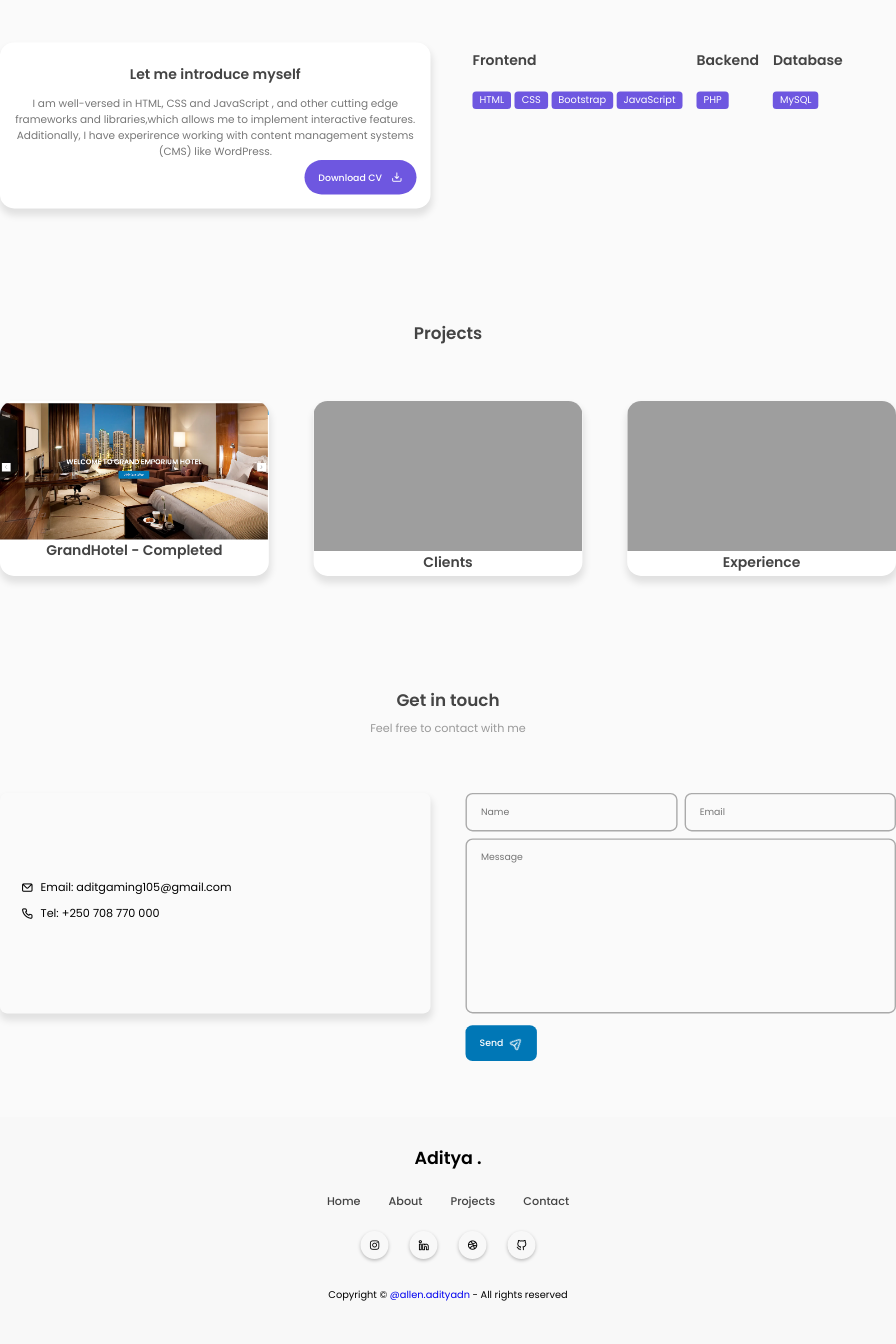
Repository: 4Kbrain/Portofolio
Page: index.html
An editor plug-in stored every save of this project. The page is shown before and after the next save, followed by the edit.
The browser window is 1280 px wide. The pictures show the part of the page from y = 854 to 2774 px (the page is 2774 px tall), at 70% of full size.
Pictures or frames that could not be fetched are drawn as grey boxes.

Above is the page before, as saved 2024-05-15 16:37:35.
Console error: ReferenceError: ScrollReveal is not defined

### index.html
<!DOCTYPE html>
<html lang="en">

<head>
    <meta charset="UTF-8">
    <meta name="viewport" content="width=device-width, initial-scale=1.0">
    <link rel="stylesheet" href="https://unicons.iconscout.com/release/v4.0.8/css/line.css">
    <link rel="stylesheet" href="assets/css/style.css">
    <link rel="shortcut icon" href="assets/img/favicon.png" type="image/x-icon">

    <title>Portfolio | Aditya</title>
</head>

<body>

    <div class="container">
        <!-- header -->
        <nav id="header">
            <div class="nav-logo">
                <a href="#home">
                    <p class="nav-name">Aditya</p>
                    <span>.</span>
                </a>
            </div>
            <div class="nav-menu" id="myNavMenu">
                <ul class="nav_menu_list">
                    <li class="nav_list">
                        <a href="#home" class="nav-link active-link">Home</a>
                        <div class="circle"></div>
                    </li>
                    <li class="nav_list">
                        <a href="#about" class="nav-link">About</a>
                        <div class="circle"></div>
                    </li>
                    <li class="nav_list">
                        <a href="#projects" class="nav-link">Projects</a>
                        <div class="circle"></div>
                    </li>
                    <li class="nav_list">
                        <a href="#contact" class="nav-link">Contact</a>
                        <div class="circle"></div>
                    </li>
                </ul>
            </div>
            <div class="nav-button">
                <a id="downloadCVButton" href="assets/CV/Aditya%20CV.pdf" download="CV.pdf" class="btn">Download CV <i
                        class="uil uil-file-alt"></i></a>
            </div>
            <div class="nav-menu-btn">
                <i class="uil uil-bars" onclick="myMenuFunction()"></i>
            </div>
        </nav>

        <!-- -------------- MAIN ---------------- -->
        <main class="wrapper">
            <!-- -------------- FEATURED BOX ---------------- -->
            <section class="featured-box" id="home">
                <div class="featured-text">
                    <div class="featured-text-card">
                        <span>Aditya Dwi Nugroho</span>
                    </div>
                    <div class="featured-name">
                        <p>I'm <span class="typedText"></span></p>
                    </div>
                    <div class="featured-text-info">
                        <p>Experienced frontend developer with a passion for creating visually stunning
                            and user-friendly websites.
                        </p>
                    </div>
                    <div class="featured-text-btn">
                        <button class="btn blue-btn">Contact Me</button>
                        <a id="downloadCVButton" href="assets/CV/Aditya%20CV.pdf" download="CV.pdf" class="btn">Download CV <i class="uil uil-file-alt"></i></a>

                    </div>
                    <div class="social_icons">
                        <div class="icon"><a href="https://www.instagram.com/allen.adityadn/"><i class="uil uil-instagram"></i></a></div>
                        <div class="icon"><a href="https://wa.me/0895339926715"><i class="uil uil-whatsapp"></i></a></div>
                        <div class="icon"><a href="https://github.com/4Kbrain"><i class="uil uil-github-alt"></i></a></div>

                    </div>
                </div>
                <div class="featured-image">
                    <div class="image">
                        <img src="assets/img/avatar.png" alt="avatar">
                    </div>
                </div>
                <!-- <div c
         -->
    </div>

    </section>
    <!-- -------------- ABOUT BOX ---------------- -->
    <section class="section" id="about">
        <div class="top-header">
            <h1>About Me</h1>
        </div>
        <div class="row">
            <div class="col">
                <div class="about-info">
                    <h3>Let me introduce myself</h3>
                    <p>I am well-versed in HTML, CSS and JavaScript , and other cutting edge
                        frameworks and libraries,which allows me to implement interactive features.
                        Additionally, I have experirence working with content management systems (CMS) like
                        WordPress.
                    </p>
                    <div class="about-btn">
                        <a href="assets/CV/Aditya%20CV.pdf" download>
                            <button class="btn">Download CV <i class="uil uil-import"></i></button>
                          </a>

                    </div>
                </div>
            </div>
            <div class="col">
                <div class="skills-box">
                    <div class="skills-header">
                        <h3>Frontend</h3>
                    </div>
                    <div class="skills-list">
                        <span>HTML</span>
                        <span>CSS</span>
                        <span>Bootstrap</span>
                        <span>JavaScript</span>
                    </div>
                </div>
                <div class="skills-box">
                    <div class="skills-header">
                        <h3>Backend</h3>
                    </div>
                    <div class="skills-list">
                        <span>PHP</span>
                    </div>
                </div>
                <div class="skills-box">
                    <div class="skills-header">
                        <h3>Database</h3>
                    </div>
                    <div class="skills-list">
                        <span>MySQL</span>
                    </div>
                </div>
            </div>
        </div>
    </section>

    <!-- -------------- PROJECT BOX ---------------- -->

    <section class="section" id="projects">
        <div class="top-header">
            <h1>Projects</h1>
        </div>
        <div class="project-container">
            <div class="project-box">
                <img src="assets/img/GrandHotel.png" alt="Grand Hotel Project" class="project-image">
                <h3>GrandHotel - Completed</h3>
                <label class="clear">A</label>
            </div>
            <div class="project-box">
                <img src="path/to/your/image2.jpg" alt="Project Image 2" class="project-image">
                <h3>Clients</h3>
                <label>25+ Happy Clients</label>
            </div>
            <div class="project-box">
                <img src="path/to/your/image3.jpg" alt="Project Image 3" class="project-image">
                <h3>Experience</h3>
                <label>7+ Years in the field</label>
            </div>
        </div>
    </section>



  <!-- Contact me  -->

    <section class="section" id="contact">
        <div class="top-header">
            <h1>Get in touch</h1>
            <span>Feel free to contact with me</span>
        </div>
        <div class="row">
            <div class="col">
                <div class="contact-info">
                    <p><i class="uil uil-envelope"></i> Email: aditgaming105@gmail.com</p>
                    <p><i class="uil uil-phone"></i> Tel: +250 708 770 000</p>
                    <p><i class="uil uil-location"></i></p>
                </div>
            </div>
            <div class="col">
                <div class="form-control">
                    <div class="form-inputs">
                        <input type="text" class="input-field" placeholder="Name">
                        <input type="text" class="input-field" placeholder="Email">
                    </div>
                    <div class="text-area">
                        <textarea placeholder="Message"></textarea>
                    </div>
                    <div class="form-button">
                        <button class="btn">Send <i class="uil uil-message"></i></button>
                    </div>
                </div>
            </div>
        </div>
    </section>

    </main>

    <!-- Footer -->
    <footer>
        <div class="top-footer">
            <p>Aditya .</p>
        </div>
        <div class="middle-footer">
            <ul class="footer-menu">
                <li class="footer_menu_list">
                    <a href="#home">Home</a>
                </li>
                <li class="footer_menu_list">
                    <a href="#about">About</a>
                </li>
                <li class="footer_menu_list">
                    <a href="#projects">Projects</a>
                </li>
                <li class="footer_menu_list">
                    <a href="#contact">Contact</a>
                </li>
            </ul>
        </div>
        <div class="footer-social-icons">
            <div class="icon"><i class="uil uil-instagram"></i></div>
            <div class="icon"><i class="uil uil-linkedin-alt"></i></div>
            <div class="icon"><i class="uil uil-dribbble"></i></div>
            <div class="icon"><i class="uil uil-github-alt"></i></div>
        </div>
        <div class="bottom-footer">
            <p>Copyright &copy; <a href="https://www.instagram.com/allen.adityadn/" style="text-decoration: none;">@allen.adityadn</a> - All rights reserved</p>
        </div>
    </footer>

    </div>

    <script src="https://unpkg.com/typed.js@2.0.16/dist/typed.umd.js"></script>
    <script src="assets/js/script.js"></script>
</body>

</html>

### assets/css/style.css
@import url('https://fonts.googleapis.com/css2?family=Poppins:wght@400;500;600;700&display=swap');

:root{
    --body-color: rgb(250, 250, 250);
    --color-white: rgb(255, 255, 255);

    --text-color-second: rgb(68, 68, 68);
    --text-color-third: rgb(30, 159, 171);

    --first-color: rgb(110, 87, 224);
    --first-color-hover: rgb(40, 91, 212);

    --second-color: #0077b6;
    --third-color: rgb(192, 166, 49);
    --first-shadow-color: rgba(0, 0, 0, 0.1);

}

*{
    margin: 0;
    padding: 0;
    box-sizing: border-box;
    font-family: 'Poppins', sans-serif;
}


* a {
    text-decoration: none;
}

html{
    scroll-behavior: smooth;
}

::-webkit-scrollbar{
    width: 10px;
    border-radius: 25px;
}
::-webkit-scrollbar-track{
    background: #f1f1f1;
}
::-webkit-scrollbar-thumb{
    background: #ccc;
    border-radius: 30px;
}
::-webkit-scrollbar-thumb:hover{
    background: #bbb;
}

.btn{
    font-weight: 500;
    padding: 12px 20px;
    background: #efefef;
    border: none;
    border-radius: 10px;
    cursor: pointer;
    transition: .4s;
}
.btn>i{
    margin-left: 10px;
}
.btn:hover{
    background: var(--second-color);
    color: var(--color-white);
}

i{
    font-size: 16px;
}

body{
    background: var(--body-color);
    overflow-x: hidden;
}
.container{
    width: 100%;
    position: relative;
}

nav{
    position: fixed;
    display: flex;
    justify-content: space-between;
    width: 100%;
    height: 90px;
    line-height: 90px;
    background: var(--body-color);
    padding-inline: 9vw;
    transition: .3s;
    z-index: 100;
}
.nav-logo{
   position: relative;
}
.nav-name{
    font-size: 30px;
    font-weight: 600;
    color: var(--text-color-third);
}
.nav-logo span{
    position: absolute;
    top: -15px;
    right: -20px;
    font-size: 5em;
    color: var(--text-color-second);
}
.nav-menu, .nav_menu_list{
    display: flex;
}
.nav-menu .nav_list{
    list-style: none;
    position: relative;
}

.nav-link{
    text-decoration: none;
    color: var(--text-color-second);
    font-weight: 500;
    padding-inline: 15px;
    margin-inline: 20px;
}
.nav-menu-btn{
    display: none;
}
.nav-menu-btn i{
    font-size: 28px;
    cursor: pointer;
}
.active-link{
    position: relative;
    color: var(--first-color);
    transition: .3;
}
.active-link::after{
    content: '';
    position: absolute;
    left: 50%;
    bottom: -15px;
    transform: translate(-50%, -50%);
    width: 5px;
    height: 5px;
    background: var(--first-color);
    border-radius: 50%;
}

.wrapper{
    padding-inline: 10vw;
}

.featured-box{
    position: relative;
    display: flex;
    height: 100vh;
    min-height: 700px;
}

.featured-text{
    position: relative;
    display: flex;
    justify-content: center;
    align-content: center;
    min-height: 80vh;
    flex-direction: column;
    width: 50%;
    padding-left: 20px;
}
.featured-text-card span{
    background: var(--third-color);
    color: var(--color-white);
    padding: 3px 8px;
    font-size: 12px;
    border-radius: 5px;
}
.featured-name{
    font-size: 50px;
    font-weight: 600;
    color: var(--text-color-second);
    margin-block: 20px;
}
.typedText{
    text-transform: capitalize;
    color: var(--text-color-third);
}
.featured-text-info{
    font-size: 15px;
    margin-bottom: 30px;
    color: var(--text-color-second);
}
.featured-text-btn{
    display: flex;
    gap: 20px;
}
.featured-text-btn>.blue-btn{
    background: var(--first-color);
    color: var(--color-white);
}
.featured-text-btn>.blue-btn:hover{
    background: var(--first-color-hover);
}
.social_icons{
    display: flex;
    margin-top: 5em;
    gap: 30px;
}
.icon{
    display: flex;
    justify-content: center;
    align-items: center;
    width: 40px;
    height: 40px;
    border-radius: 50%;
    box-shadow: 0px 2px 5px 0px rgba(0, 0, 0, 0.25);
    cursor: pointer;
}
.icon:hover{
    color: var(--first-color);
}

.featured-image{
    display: flex;
    justify-content: right;
    align-content: center;
    min-height: 80vh;
    width: 50%;
}
.image{
    margin: auto 0;
    width: 380px;
    height: 380px;
    border-radius: 55% 45% 55% 45%;
    overflow: hidden;
    animation: imgFloat 7s ease-in-out infinite;
}
.image img{
    width: 380px;
    height: 380px;
    object-fit: cover;
}
@keyframes imgFloat {
    50%{
        transform: translateY(10px);
        border-radius: 45% 55% 45% 55%;
    }
}
.scroll-btn{
   position: absolute;
   bottom: 0;
   left: 50%;
   translate: -50%;
   display: flex;
   justify-content: center;
   align-items: center;
   width: 150px;
   height: 50px;
   gap: 5px;
   text-decoration: none;
   color: var(--text-color-second);
   background: var(--color-white);
   border-radius: 30px;
   box-shadow: 0 2px 5px 0 rgba(0, 0, 0, 0.25);
}
.scroll-btn i{
    font-size: 20px;
}

.section{
    padding-block: 5em;
}
.row{
    display: flex;
    justify-content: space-between;
    width: 100%;
    gap: 50px;
}
.col{
    display: flex;
    width: 50%;
}

.top-header{
    text-align: center;
    margin-bottom: 5em;
}
.top-header h1{
    font-weight: 600;
    color: var(--text-color-second);
    margin-bottom: 10px;
}
.top-header span{
    color: #999;
}
h3{
    font-size: 20px;
    font-weight: 600;
    color: var(--text-color-second);
    margin-bottom: 15px;
}

.about-info{
    position: relative;
    display: flex;
    align-items: center;
    flex-direction: column;
    padding-block: 30px 70px;
    padding-inline: 20px;
    width: 100%;
    background: var(--color-white);
    box-shadow: 1px 8px 10px 2px var(--first-shadow-color);
    border-radius: 20px;
}
.about-info p{
    text-align: center;
    font-size: 15px;
    color: #777;
}
.about-btn button{
    position: absolute;
    right: 20px;
    bottom: 20px;
    background: var(--first-color);
    color: var(--color-white);
    border-radius: 30px;
}
.about-btn button:hover{
    background: var(--first-color-hover);
}

.skills-box{
    margin: 10px;
}
.skills-header{
    margin-bottom: 30px;
}
.skills-list{
    display: flex;
    flex-wrap: wrap;
    gap: 5px;
}
.skills-list span{
    font-size: 14px;
    background: var(--first-color);
    color: var(--color-white);
    padding: 2px 10px;
    border-radius: 5px;
}

/* Project */
.project-container {
    display: flex;
    width: 100%;
    justify-content: space-between;
    gap: 20px;
    flex-wrap: wrap;
}

.project-box {
    position: relative;
    display: flex;
    justify-content: center;
    align-items: center;
    flex-direction: column;
    width: 30%;
    height: 250px;
    background: var(--color-white);
    border-radius: 20px;
    box-shadow: 1px 8px 10px 2px var(--first-shadow-color);
    overflow: hidden;
    text-align: center;
}

.project-image {
    width: 100%;
    height: 100%;
    object-fit: cover;
    transition: opacity 0.4s;
}

.project-box:hover .project-image {
    opacity: 0.5;
}

.project-box h3, .project-box label {
    position: relative;
    z-index: 2;
}

/* Contact me */

.contact-info{
    position: relative;
    display: flex;
    flex-direction: column;
    justify-content: center;
    align-items: left;
    padding: 20px 30px;
    width: 100%;
    height: 315px;
    border-radius: 10px;
    box-shadow: 1px 8px 10px 2px var(--first-shadow-color);
    overflow: hidden;
}
.contact-info>h2{
    color: var(--color-white);
    margin-bottom: 20px;
}
.contact-info>p{
    display: flex;
    align-items: center;
    gap: 10px;
    color: #000;
    margin-block: 5px;
}
.contact-info p>i{
    font-size: 18px;
}
.form-control{
    display: flex;
    flex-direction: column;
    gap: 10px;
    width: 100%;
}
.form-inputs{
    display: flex;
    gap: 10px;
    width: 100%;
}
.input-field{
    width: 50%;
    height: 55px;
    background: transparent;
    border: 2px solid #AAA;
    border-radius: 10px;
    padding-inline: 20px;
    outline: none;
}
textarea{
    width: 100%;
    height: 250px;
    background: transparent;
    border: 2px solid #AAA;
    border-radius: 10px;
    padding: 15px 20px;
    outline: none;
    resize: none;
}
.form-button>.btn{
    display: flex;
    align-items: center;
    justify-content: center;
    background: var(--second-color);
    color: var(--color-white);
}
.form-button>.btn:hover{
    background: #00B5E7;
}
.form-button i{
    font-size: 18px;
    rotate: -45deg;
}

footer{
    display: flex;
    justify-content: center;
    align-items: center;
    flex-direction: column;
    row-gap: 30px;
    background: #F8F8F8;
    padding-block: 40px 60px;
}
.top-footer p{
    font-size: 25px;
    font-weight: 600;
}
.middle-footer .footer-menu{
    display: flex;
}
.footer_menu_list{
    list-style: none;
}
.footer_menu_list a{
    text-decoration: none;
    color: var(--text-color-second);
    font-weight: 500;
    margin-inline: 20px;
}
.footer-social-icons{
    display: flex;
    gap: 30px;
}
.bottom-footer{
    font-size: 14px;
    margin-top: 10px;
}

@media only screen and (max-width: 1024px){
    .featured-text{
        padding: 0;
    }
    .image, .image img{
        width: 320px;
        height: 320px;
    }
}

@media only screen and (max-width: 900px) {
    .nav-button{
        display: none;
    }
    .nav-menu.responsive{
        left: 0;
    }
    .nav-menu{
        position: fixed;
        top: 80px;
        left: -100%;
        flex-direction: column;
        justify-content: center;
        align-items: center;
        background: rgba(255, 255, 255, 0.7);
        backdrop-filter: blur(20px);
        width: 100%;
        min-height: 450px;
        height: 90vh;
        transition: .3s;
    }
    .nav_menu_list{
        flex-direction: column;
    }
    .nav-menu-btn{
        display: flex;
        align-items: center;
        justify-content: center;
    }
    .featured-box{
        flex-direction: column;
        justify-content: center;
        height: 100vh;
    }
    .featured-text{
        width: 100%;
        order: 2;
        justify-content: center;
        align-content: flex-start;
        min-height: 60vh;
    }
    .social_icons{
        margin-top: 2em;
    }
    .featured-image{
        order: 1;
        justify-content: center;
        min-height: 150px;
        width: 100%;
        margin-top: 65px;
    }
    .image, .image img{
        width: 150px;
        height: 150px;
    }
    .row{
        display: flex;
        flex-direction: column;
        justify-content: center;
        gap: 50px;
    }
    .col{
        display: flex;
        justify-content: center;
        width: 100%;
    }
    .about-info, .contact-info{
        width: 100%;
    }
    .project-container{
        justify-content: center;
    }
    .project-box{
        width: 80%;
    }

}

@media only screen and (max-width: 540px){
    .featured-name{
        font-size: 40px;
    }
    .project-box{
        width: 100%;
    }
    .form-inputs{
        flex-direction: column;
    }
    .input-field{
        width: 100%;
    }
}

Loaded but not shown: assets/js/script.js (124 lines, source omitted)

After the next save:
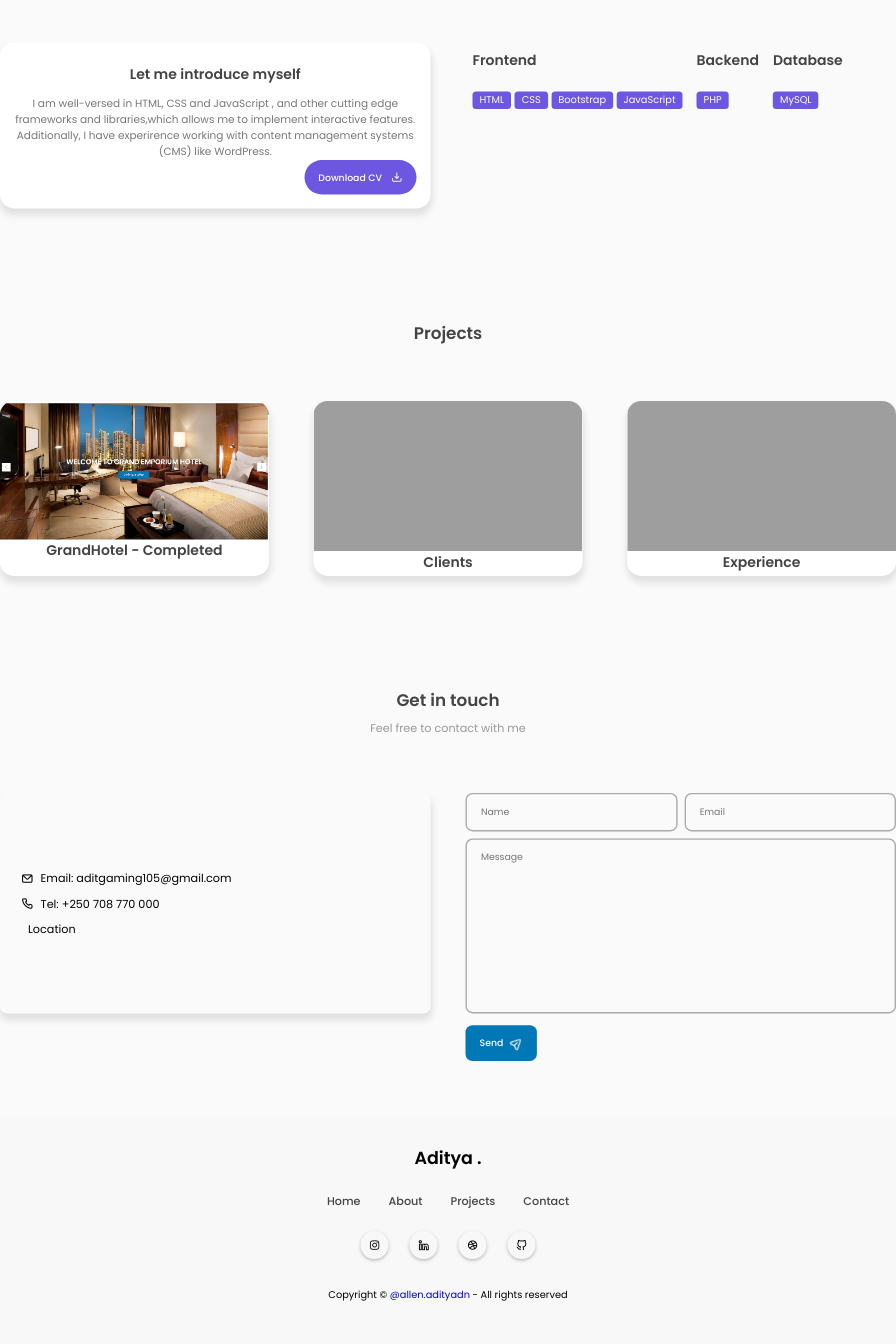
Saved 14 s later.
--- a/index.html
+++ b/index.html
@@ -182,7 +182,7 @@
                 <div class="contact-info">
                     <p><i class="uil uil-envelope"></i> Email: aditgaming105@gmail.com</p>
                     <p><i class="uil uil-phone"></i> Tel: +250 708 770 000</p>
-                    <p><i class="uil uil-location"></i></p>
+                    <p><i class="uil uil-location"></i>Location</p>
                 </div>
             </div>
             <div class="col">
